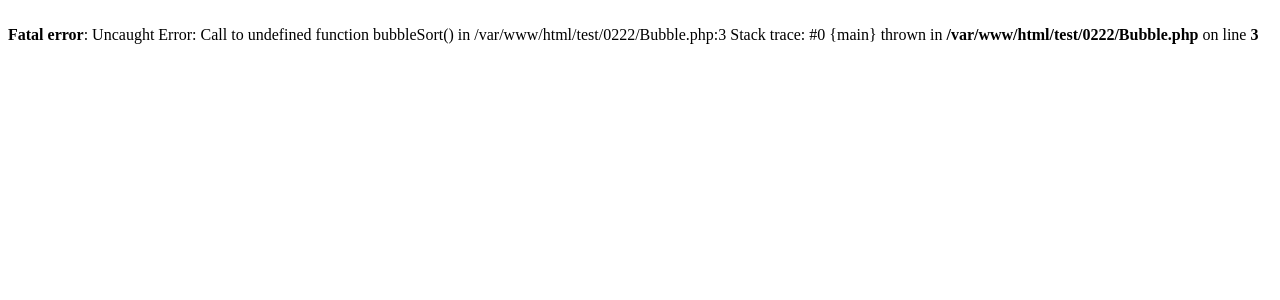
Repository: wangying713/algo
Page: http://localhost/test/0222/Bubble.php
The author's editor kept a copy of each file at every save. The page is drawn from the files as they stood at one save, then again after the next save.
The browser window is 1280 px wide. The pictures show the whole page.
The page is run by PHP 8.4 with error messages shown; the project is at /var/www/html/.

Above is the page before, as saved 2020-02-22 09:21:10.

After the next save:
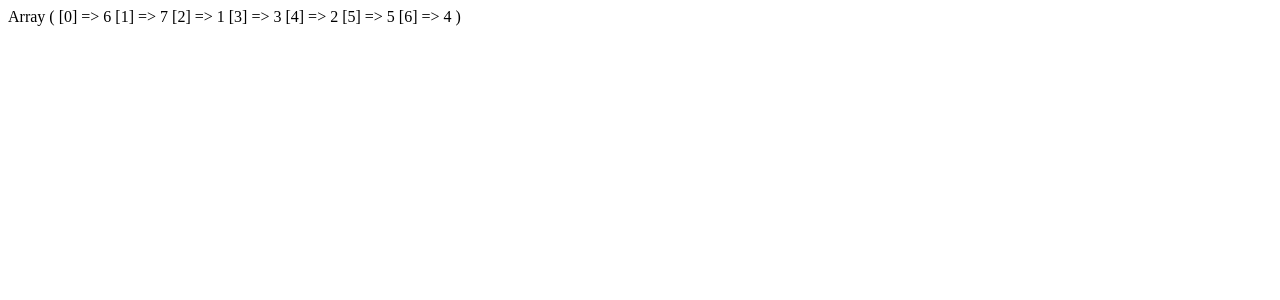
Saved 12 min 5 s later.
--- a/test/0222/Bubble.php
+++ b/test/0222/Bubble.php
@@ -1,4 +1,10 @@
 <?php
+
+function bubbleSort(&$nums)
+{
+
+}
+
 $nums = [6, 7, 1, 3, 2, 5, 4];
 $rs = bubbleSort($nums);
 print_r($nums);
